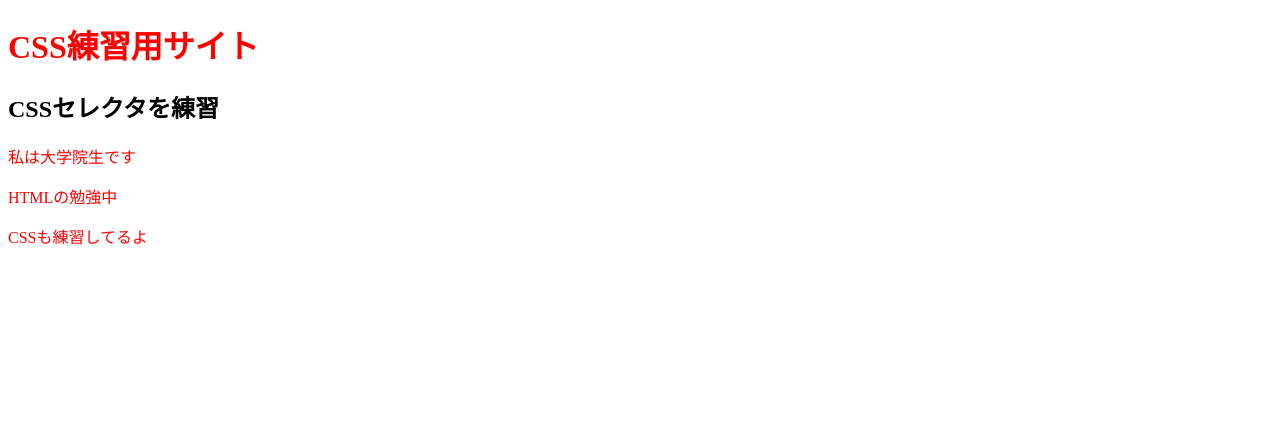
Repository: haruki-N/WebApp
Page: CSS/css_practice.html
The author's editor kept a record of every edit. The page is drawn from the files as they stood at one moment, then again after the next edit.
The browser window is 1280 px wide. The pictures show the whole page.

Above is the page before.

After the next edit:
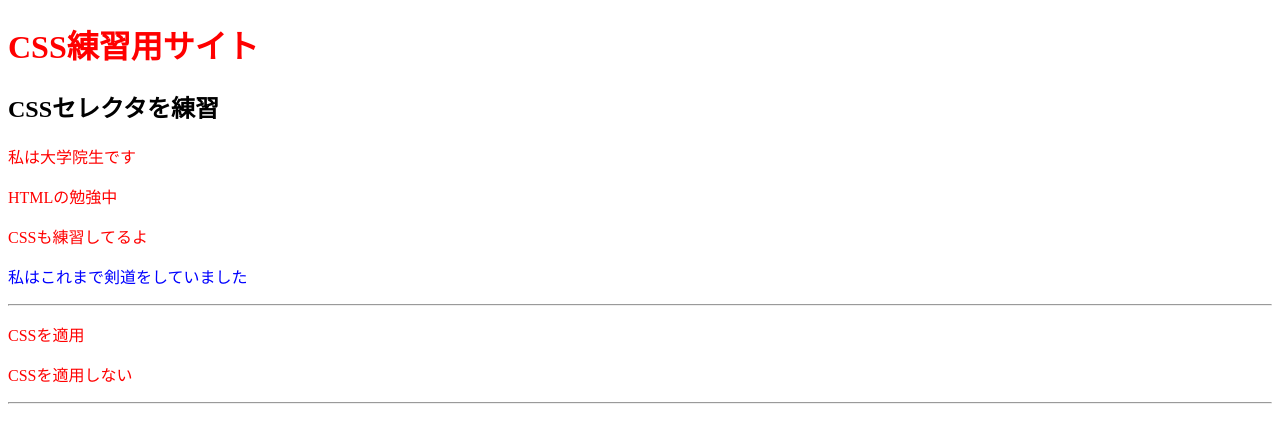
The edit:
--- a/CSS/css_practice.html
+++ b/CSS/css_practice.html
@@ -11,5 +11,16 @@
     <p id="who">私は大学院生です</p>
     <p class="info">HTMLの勉強中</p>
     <p class="info">CSSも練習してるよ</p>
+    <div>
+        <p>私はこれまで剣道をしていました</p>
+    </div>
+
+    <hr>
+
+    <p id="css">CSSを適用</p>
+    <p>CSSを適用しない</p>
+
+    <hr>
+    <!-- <img src="IMG_5789.JPG"></img> -->
 </body>
 </html>
